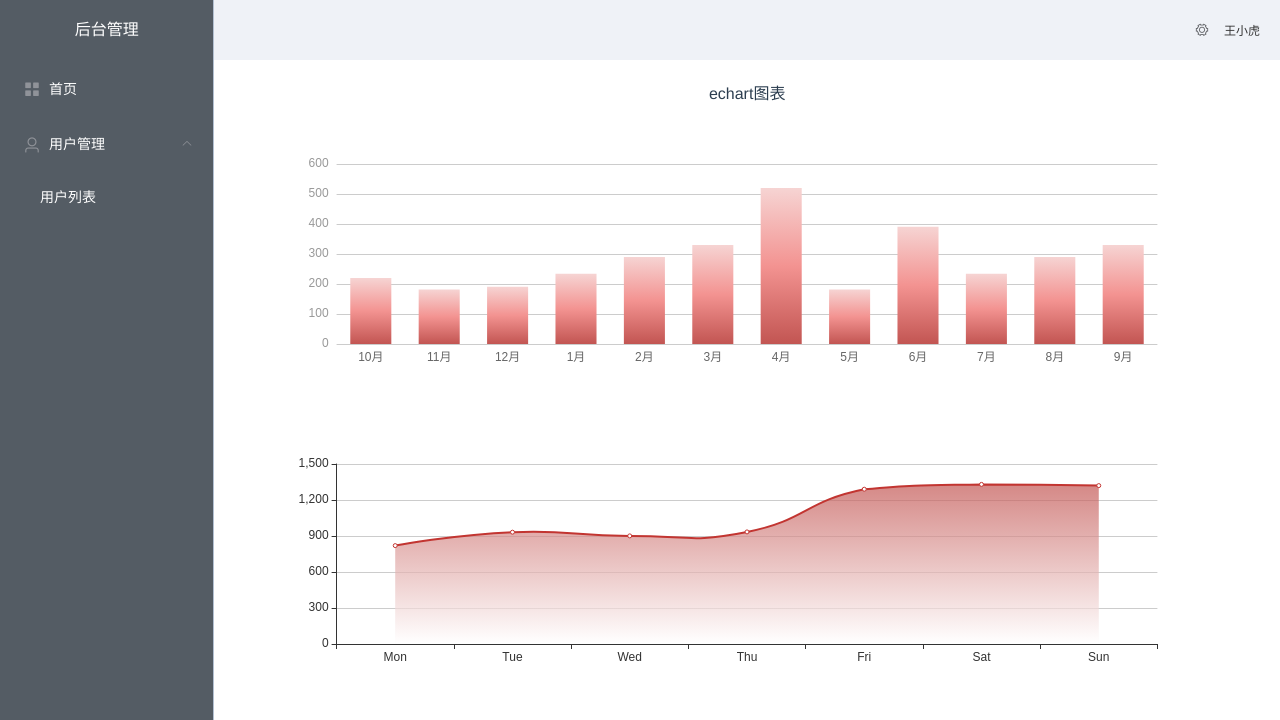
Repository: cmw520520/admin_vue
Page: /#/example/echart
An editor plug-in stored every save of this project. The page is shown before and after the next save, followed by the edit.
The browser window is 1280 px wide. The pictures show the whole page.
The project was rebuilt for these pictures with package versions that can differ from the ones it lists, and the page was loaded fresh each time.

Above is the page before, as saved 2019-07-02 14:33:56.

### index.html
<!DOCTYPE html>
<html>
  <head>
    <meta charset="utf-8">
    <meta name="viewport" content="width=device-width,initial-scale=1.0">
    <title>cmw</title>
  </head>
  <body>
    <div id="app"></div>
    <!-- built files will be auto injected -->
  </body>
</html>

### src/main.js
// The Vue build version to load with the `import` command
// (runtime-only or standalone) has been set in webpack.base.conf with an alias.
import Vue from 'vue'
import App from './App'
import router from './router'
import ElementUI from 'element-ui'
import 'element-ui/lib/theme-chalk/index.css'
import store from './store/index'

Vue.config.productionTip = false

Vue.use(ElementUI)

/* eslint-disable no-new */
new Vue({
  el: '#app',
  router,
  store,
  components: { App },
  template: '<App/>'
})

### src/App.vue
<template>
  <div id="app">
    <!-- <img src="./assets/logo.png"> -->
    <router-view/>
  </div>
</template>

<script>
export default {
  name: 'App'
}
</script>

<style>
#app {
  font-family: 'Avenir', Helvetica, Arial, sans-serif;
  -webkit-font-smoothing: antialiased;
  -moz-osx-font-smoothing: grayscale;
  text-align: center;
  color: #2c3e50;
  width: 100%;
  height: 100%;
  /* margin-top: 60px; */
}

body, html {
  margin: 0;
  padding: 0;
  height: 100%;
  width: 100%;
}
</style>

### src/router/index.js
import Vue from 'vue'
import Router from 'vue-router'
// import HelloWorld from '@/components/HelloWorld'
import Manage from '@/page/Manage'
import Home from '@/page/home/Home'
import UserList from '@/page/user/UserList'
import Echart from '../../example/Echart'

Vue.use(Router)

export default new Router({
  routes: [
    {
      path: '/',
      name: '',
      component: Manage,
      children: [
        {
          path: '',
          component: Home,
          meta: []
        },
        {
          path: '/user/userlist',
          component: UserList,
          meta: []
        },
        {
          path: '/example/echart',
          component: Echart,
          meta: ['图表']
        }
      ]
    }
  ]
})

### src/store/index.js
import Vue from 'vue'
import Vuex from 'vuex'

Vue.use(Vuex)

export default new Vuex.Store({
  modules: {
  }
})

### src/page/Manage.vue
<template>
  <el-container style="height: 100%;">
    <el-col :span="4" style="background-color: rgb(84, 92, 100);overflow:hidden;">
      <el-col>
        <div class="logo">后台管理</div>
      </el-col>
      <el-col>
        <el-slider></el-slider>
      </el-col>
    </el-col>

    <el-col :span="20" style="border-left: 1px solid #b3c0d1;overflow: auto;overflow-scrolling: touch;">
      <el-header style="text-align: right; font-size: 12px">
        <el-dropdown>
          <i class="el-icon-setting" style="margin-right: 15px"></i>
          <el-dropdown-menu slot="dropdown">
            <el-dropdown-item>查看</el-dropdown-item>
            <el-dropdown-item>新增</el-dropdown-item>
            <el-dropdown-item>删除</el-dropdown-item>
          </el-dropdown-menu>
        </el-dropdown>
        <span>王小虎</span>
      </el-header>

      <el-main>
        <transition name="fade" mode="out-in">
            <router-view></router-view>
        </transition>
      </el-main>
    </el-col>
  </el-container>
</template>

<script>
import slider from '@/components/Slider'

export default {
  name: 'manage',
  components: {
    'el-slider': slider
  }
}
</script>

<style scope>
.el-header {
  background-color: #EFF2F7;
  color: #333;
  line-height: 60px;
}

.el-aside {
  color: #333;
}

.fade-enter-active, .fade-leave-active {
    transition: opacity 0.5s, transform 0.5s;
}

.fade-enter, .fade-leave-to {
    opacity: 0;
}

/* 导航logo S */
.logo {
    height: 60px;
    line-height: 60px;
    color: #fff;
}
/* 导航logo E */
</style>

### example/Echart.vue
<template>
  <el-row>
    <el-col>echart图表</el-col>
    <el-col>
        <div id="bar" style="height:300px;"></div>
    </el-col>
    <el-col>
        <div id="line" style="height:300px;"></div>
    </el-col>
  </el-row>
</template>

<script>
import echarts from "echarts/lib/echarts";
// 引入柱状图
import "echarts/lib/chart/bar";
// 引入曲线图
import "echarts/lib/chart/line";
import 'echarts/lib/component/tooltip';

// 柱状图 配置参数
const barOption = {
          tooltip : {
            trigger: 'axis',
            axisPointer : {            // 坐标轴指示器，坐标轴触发有效
                type : ''        // 默认为直线，可选为：'line' | 'shadow'
            }
          },
          xAxis: {
            data:  ['10月', '11月', '12月', '1月', '2月', '3月', '4月', '5月', '6月', '7月', '8月', '9月'],
            axisLabel: {
                inside: false,
                textStyle: {
                    color: '#666666'
                }
            },
            axisTick: {
                show: false
            },
            axisLine: {
                show: false
            },
            z: 10
            },
          yAxis: {
            axisLine: {
                show: false
            },
            axisTick: {
                show: false
            },
            axisLabel: {
                textStyle: {
                    color: '#999'
                }
            }
          },
          dataZoom: [
            {
                type: 'inside'
            }
          ],
          series: [
            { // For shadow
                type: 'bar',
                itemStyle: {
                    normal: {color: 'rgba(0,0,0,0.05)'}
                },
                barGap:'-100%',
                barCategoryGap:'40%',
                data: [],
                animation: false
            },
            {
                type: 'bar',
                itemStyle: {
                    normal: {
                        color: new echarts.graphic.LinearGradient(
                            0, 0, 0, 1,
                            [
                                {offset: 0, color: '#f6d4d3'},
                                {offset: 0.5, color: '#f39391'},
                                {offset: 1, color: '#C25552'}
                            ]
                        )
                    },
                    emphasis: {
                        color: new echarts.graphic.LinearGradient(
                            0, 0, 0, 1,
                            [
                                {offset: 1, color: '#f6d4d3'},
                                {offset: 0.5, color: '#f39391'},
                                {offset: 0, color: '#C25552'}
                            ]
                        )
                    }
                },
                data: [220, 182, 191, 234, 290, 330, 520, 182, 391, 234, 290, 330]
            }
          ]
        }

// 曲线图 配置参数
const lineOotion = {
    xAxis: {
        type: 'category',
        data: ['Mon', 'Tue', 'Wed', 'Thu', 'Fri', 'Sat', 'Sun']
    },
    yAxis: {
        type: 'value'
    },
    series: [{
        data: [820, 932, 901, 934, 1290, 1330, 1320],
        type: 'line',
        smooth: true,
        areaStyle: {
            normal: {
                color: new echarts.graphic.LinearGradient(0, 0, 0, 1, [{
                    offset: 0,
                    color: '#C25552'
                }, {
                    offset: 1,
                    color: '#fff'
                }])
            }
        }
    }],
    tooltip : {
        trigger: 'axis',
        axisPointer : {            // 坐标轴指示器，坐标轴触发有效
            type : 'line'        // 默认为直线，可选为：'line' | 'shadow'
        }
    },
};

export default {
  name: "echart",
  data() {
    return {
      // 柱状图
      chartBar: null,
      // 曲线图
      chartLine: null
    }
  },
  mounted() {
    // 初始化图表
    this.chartInit();
  },
  methods: {
    // 初始化图表
    chartInit () {
      // 柱状图
      this.chartBar = echarts.init(document.getElementById("bar"));
      this.chartBar.setOption(barOption);

      // 曲线图
      this.chartLine = echarts.init(document.getElementById('line'));
      this.chartLine.setOption(lineOotion);
    }
  }
}
</script>

<style>
</style>

### src/components/Slider.vue
<template>
  <el-menu :default-openeds="['1', '3']"
    background-color="rgb(84, 92, 100)"
    text-color="#fff"
    active-text-color="#fff"
    style="border:none;text-align:left;"
    router>
    <label v-for="(item, index) in navMenu" :key="index">
      <el-menu-item v-if="item.isHeader" :index="item.component">
        <i :class=item.icon></i>
        <span slot="title">{{ item.name }}</span>
      </el-menu-item>

      <el-submenu v-else :index="String(index)">
        <template slot="title">
          <i :class=item.icon></i>{{ item.name }}
        </template>
        <el-menu-item v-for="(item2, index2) in item.children" :key="index2" :index="item2.component">{{ item2.name }}</el-menu-item>
      </el-submenu>
    </label>
  </el-menu>
</template>

<script>
export default {
  name: 'slider',
  data () {
    return {
      navMenu: [
        {
          isHeader: true,
          name: '首页',
          icon: 'el-icon-menu',
          component: '/'
        },
        {
          name: '用户管理',
          icon: 'el-icon-user',
          children: [
            {
              name: '用户列表',
              component: '/user/userlist'
            }
          ]
        }
      ]
    }
  }
}
</script>

<style>
</style>

### src/page/user/UserList.vue
<template>
    <el-table :data="tableData">
        <el-table-column prop="date" label="日期" width="140"></el-table-column>
        <el-table-column prop="name" label="姓名" width="120"></el-table-column>
        <el-table-column prop="address" label="地址"></el-table-column>
    </el-table>
</template>

<script>
export default {
  name: 'userlist',
  data () {
    const item = {
      date: '2016-05-02',
      name: '王小虎',
      address: '上海市普陀区金沙江路 1518 弄'
    }
    return {
      tableData: Array(20).fill(item)
    }
  }
}
</script>

<style scope>

</style>

### src/page/home/Home.vue
<template>
    <el-row style="text-align: left;">
        <el-col>
            <a href="https://element.eleme.io/2.9/#/zh-CN/component/installation" target="_blank">elementUI组件库</a>
        </el-col>
        <el-col>
            <router-link to="/example/echart">echart图表</router-link>
        </el-col>
    </el-row>
</template>

<script>
export default {
  name: 'home'
}
</script>

<style scope>

</style>

### src/store/user/types.js
export const GETUSERLIST = 'GETUSERLIST';

After the next save:
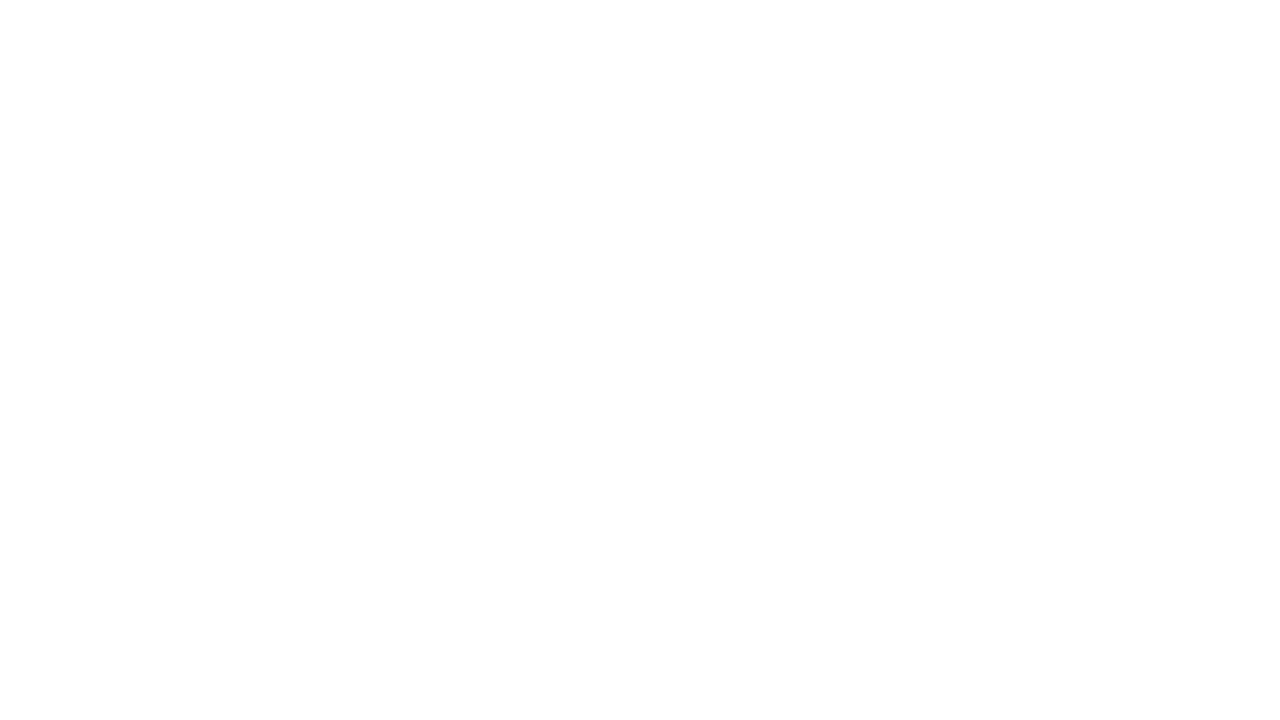
Console error: ReferenceError: MapState is not defined
Saved 7 min 8 s later.
--- a/src/page/user/UserList.vue
+++ b/src/page/user/UserList.vue
@@ -7,6 +7,9 @@
 </template>
 
 <script>
+import {mapState} from 'vuex'
+import {GETUSERLIST} from '../../store/user/types'
+
 export default {
   name: 'userlist',
   data () {
@@ -18,6 +21,14 @@
     return {
       tableData: Array(20).fill(item)
     }
+  },
+  computed: {
+    ...MapState({
+      userList: state => user.state.userList
+    })
+  },
+  created () {
+    this.$store.dispatch(GETUSERLIST);
   }
 }
 </script>

After the save that followed:
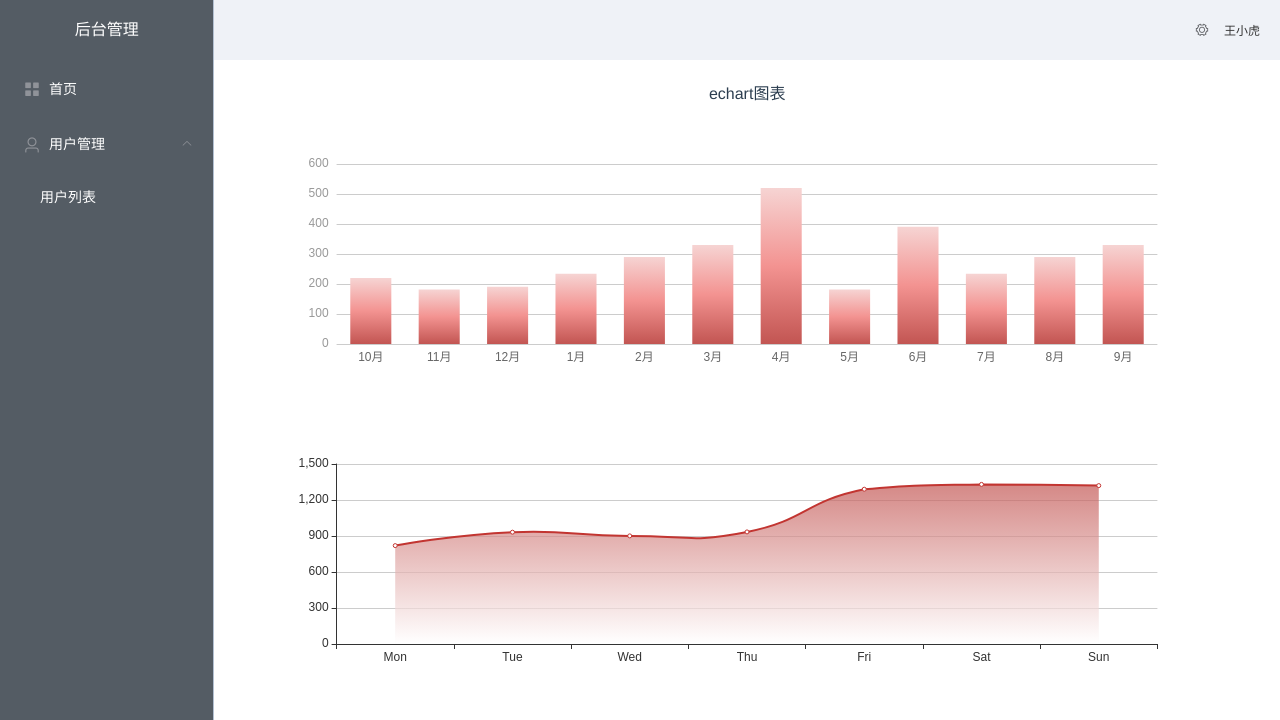
The error is gone.
Saved 13 s later.
--- a/src/page/user/UserList.vue
+++ b/src/page/user/UserList.vue
@@ -23,7 +23,7 @@
     }
   },
   computed: {
-    ...MapState({
+    ...mapState({
       userList: state => user.state.userList
     })
   },
